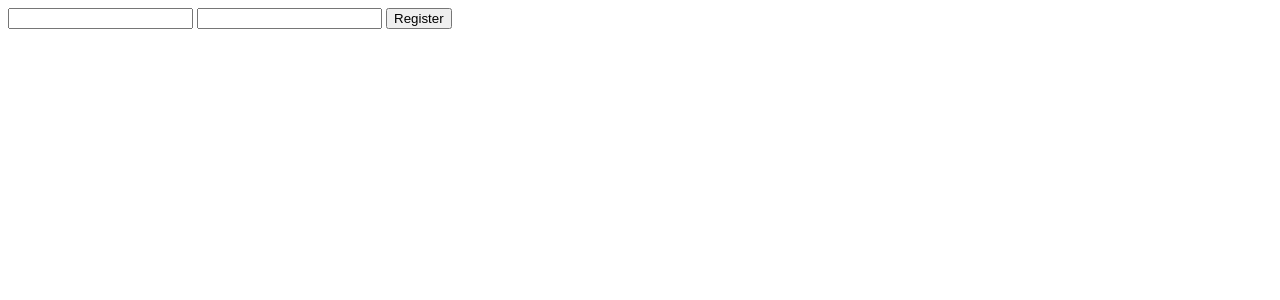
Repository: Mohitkumar1322/backend_dev
Page: http://localhost/register
These files come from the project's save history. The page is drawn as it stood at one moment and after a run of saves; the edit follows.
The browser window is 1280 px wide. The pictures show the whole page.
The page is served by the project's Node server (app.js). Other server files are loaded and not shown.

Above is the page before, as saved 2024-10-30 21:55:12.

### views/register.ejs
<!DOCTYPE html>
<html lang="en">
<head>
    <meta charset="UTF-8">
    <meta name="viewport" content="width=device-width, initial-scale=1.0">
    <title>Document</title>
</head>
<body>
    <form action="">
        <input type="text" name ="username">
        <input type="password" name="password">
        <input type="submit" value="Register">
    </form>
</body>
</html>

### app.js
const express = require('express');
const morgan = require('morgan');
const app = express();
const dbConnection = require('./config/db');
const userModel = require('./models/user');
//this is the view engine that we are using  for the app

app.use(morgan('dev'))
//this is the view engine that we are using  for the app this morgan is used to log the request that we are making to the server
app.set('view engine', 'ejs');

app.use(express.urlencoded({extended: true}))
//this is the middleware that we are using for the app to parse the data that we are sending to the server
app.use(express.static('public'))
//this is the middleware that we are using for the app to use the static files that we are using for the app
app.use(express.json())


//this is middlware that we are using for the app
app.use((req, res, next) => {
    console.log('Middleware is running')
    //this is the next function that we are using for the app which is used to move to the next middleware
    return next();

})


// routing for the app express is a function that returns an object
app.get('/', (req, res) => {
    res.render('index');
})

app.get('/register',(req, res) => {
    res.render('register')
})

app.post('/form-data', (req, res) => {
    console.log(req.body)
    res.send('data recieves')
})

app.listen(3000, () => {
    console.log('Server is running on port 3000');
})

After the next 2 saves:
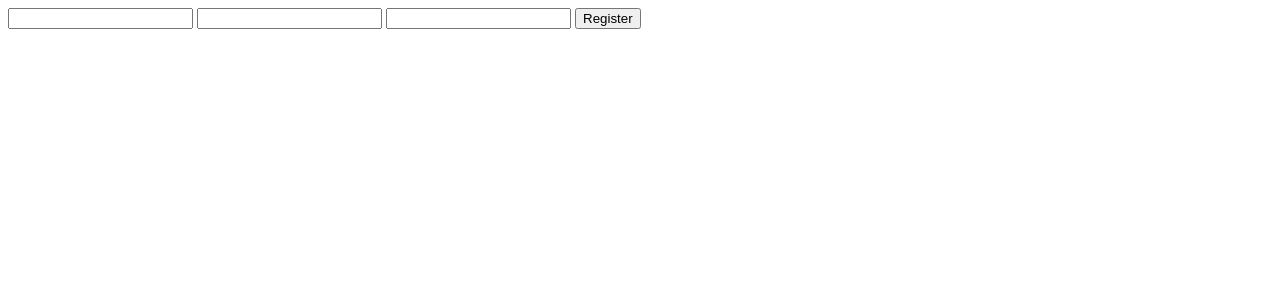
The 2 saves are shown as one change because they came seconds apart.
The last was saved 15 s later.
--- a/views/register.ejs
+++ b/views/register.ejs
@@ -8,6 +8,7 @@
 <body>
     <form action="">
         <input type="text" name ="username">
+        <input type="email" name="email">
         <input type="password" name="password">
         <input type="submit" value="Register">
     </form>
